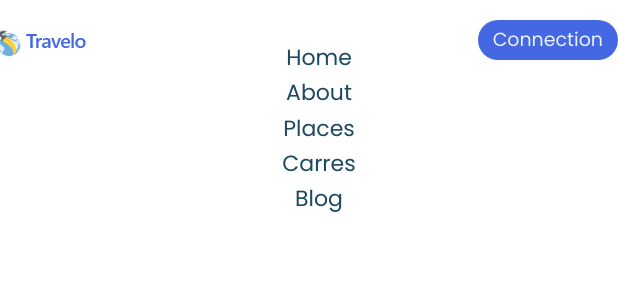
Repository: kuluong2000/travel
Page: index.html
An editor plug-in stored every save of this project. The page is shown before and after the next save, followed by the edit.
The browser window is 600 px wide. The page is 618 px wide, so the pictures cover 618 px, including what lies to the right of the window. The pictures show the whole page.
The style sheet was rebuilt from its Sass, Less or Tailwind sources for each picture, by a compiler version that may differ from the author's.

Above is the page before, as saved 2021-09-03 22:20:29.

After the next save:
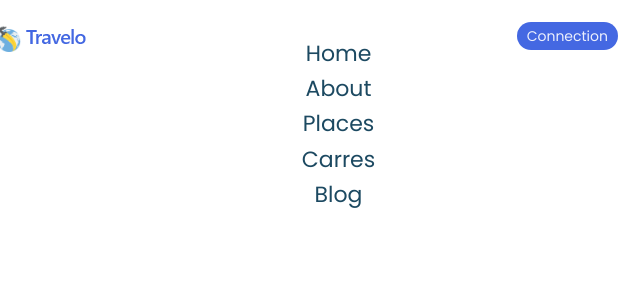
Saved 116 s later.
--- a/assets/css/responsive.css
+++ b/assets/css/responsive.css
@@ -38,4 +38,9 @@
     .header__menu__item:not(:first-child) {
         margin-left: 0;
     }
+
+    .header__conn {
+        font-size: 14px;
+        padding: 3px 10px;
+    }
 }
